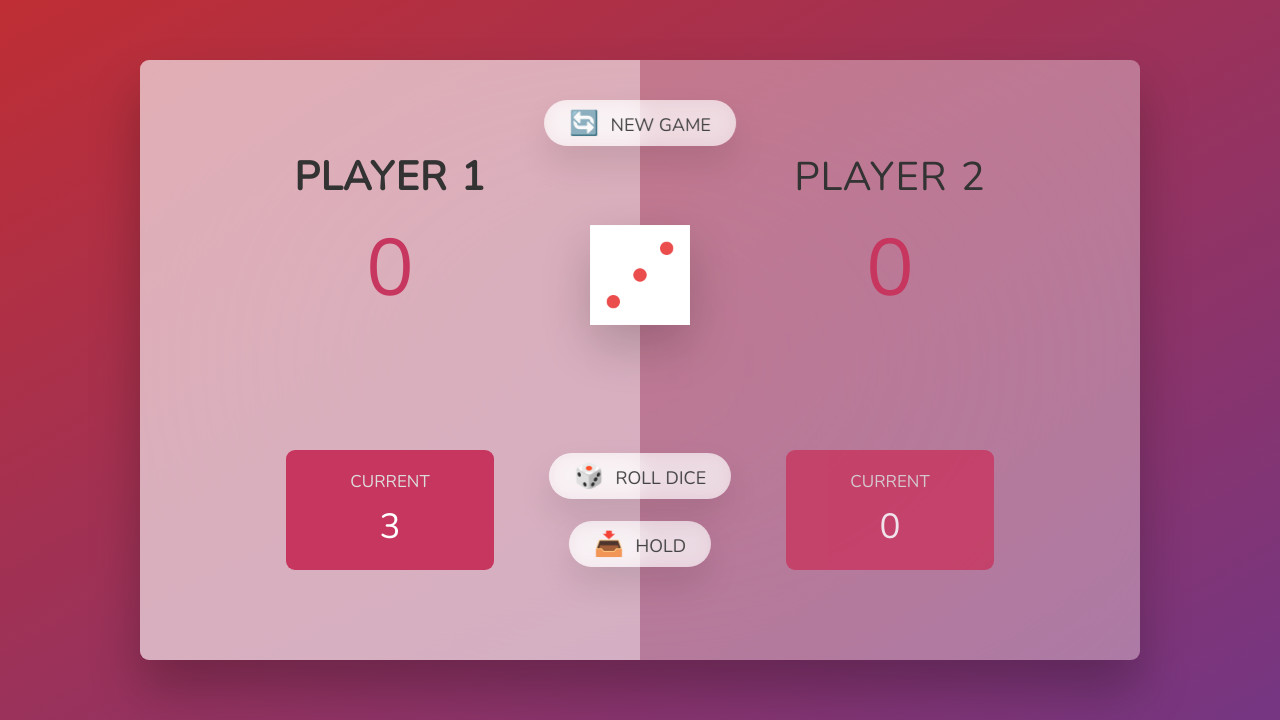
Repository: VickyJacob23/dice-game
Page: index.html
The author's editor kept a copy of each file at every save. The page is drawn from the files as they stood at one save, then again after the next save.
The browser window is 1280 px wide. The pictures show the whole page.
After loading, the first visible `button.btn--roll` was clicked once.

Above is the page before, as saved 2024-07-22 00:27:55.

After the next save:
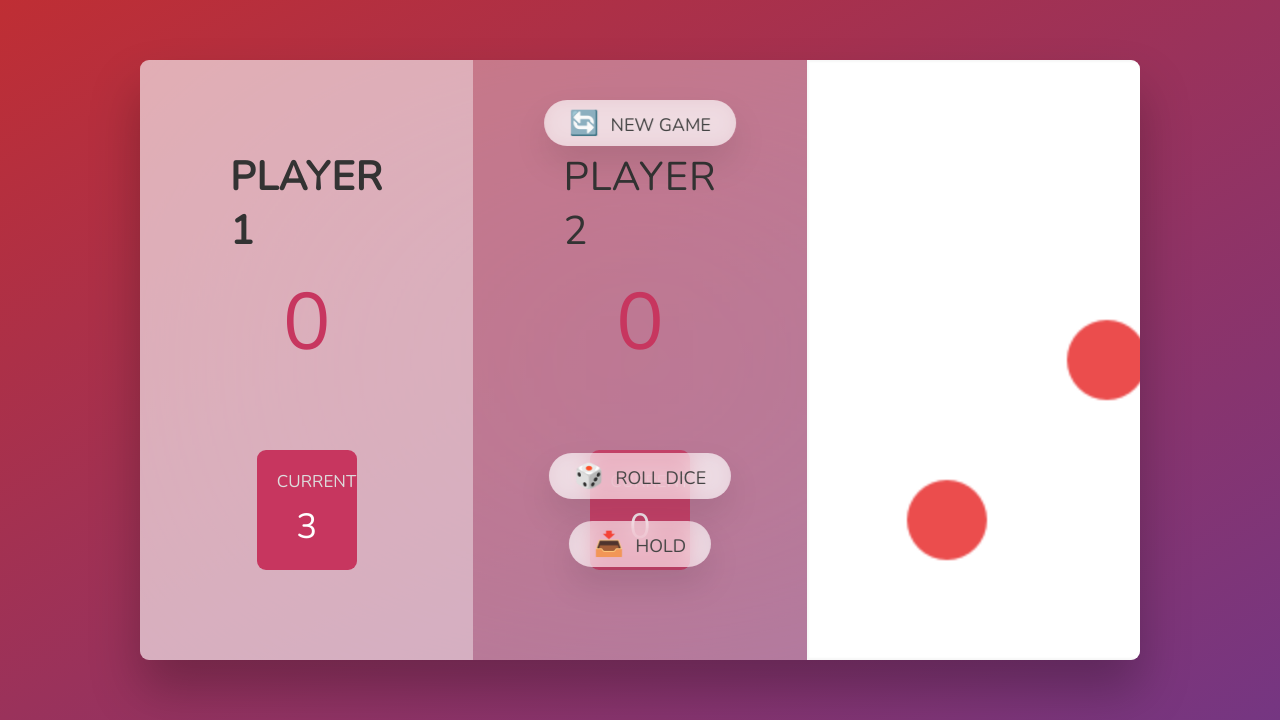
Saved 72 s later.
--- a/script.js
+++ b/script.js
@@ -51,7 +51,7 @@
     const dice = Math.trunc(Math.random() * 6) + 1;
 
 
-    diceEl.classList.remove('hidden');
+    diceEl.classList.remove('dice');
     diceEl.src = `dice-${dice}.png`;
 
     if (dice !== 1) {

After the save that followed:
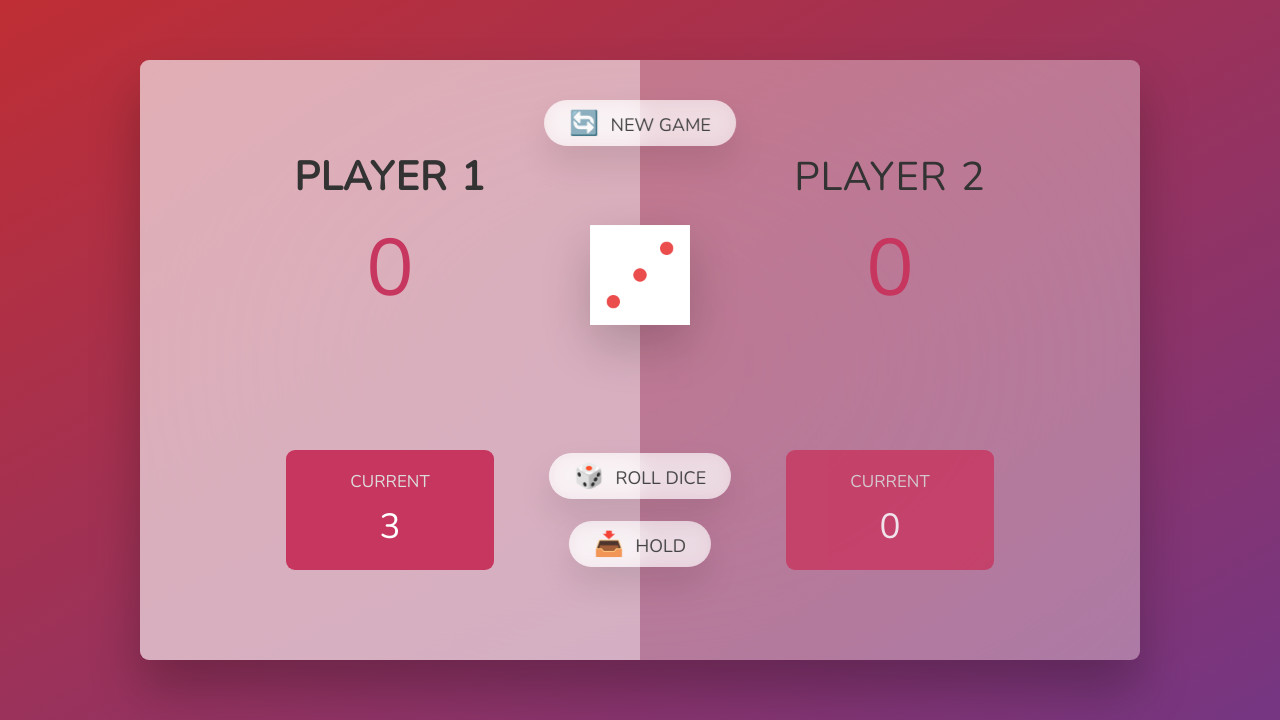
Saved 19 s later.
--- a/script.js
+++ b/script.js
@@ -51,7 +51,7 @@
     const dice = Math.trunc(Math.random() * 6) + 1;
 
 
-    diceEl.classList.remove('dice');
+    diceEl.classList.remove('dice--hidden');
     diceEl.src = `dice-${dice}.png`;
 
     if (dice !== 1) {
